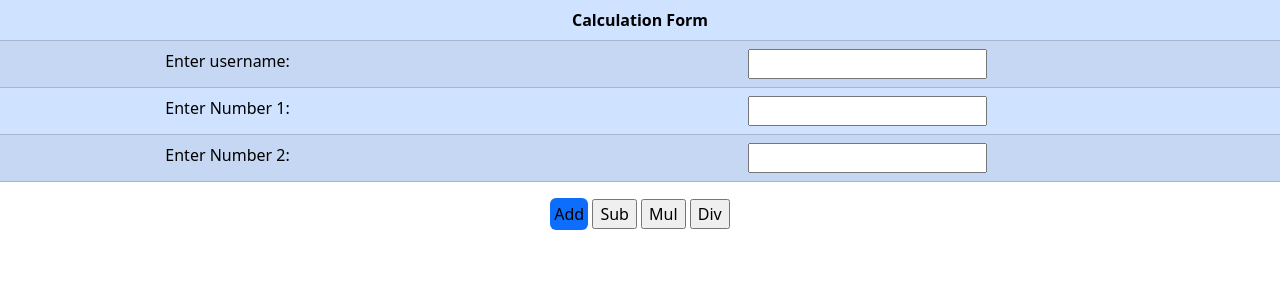
Repository: nyeinsu4520/coursera-test
Page: http://localhost/J2P_J2EE/calculation_form.jsp
An editor plug-in stored every save of this project. The page is shown before and after the next save, followed by the edit.
The browser window is 1280 px wide. The pictures show the whole page.
The page is served by Tomcat 9.

Above is the page before, as saved 2024-05-26 12:37:56.

### J2P_J2EE/src/main/webapp/calculation_form.jsp
<%@ page language="java" contentType="text/html; charset=ISO-8859-1"
    pageEncoding="ISO-8859-1"%>
<!DOCTYPE html>
<html>
<head>
<meta charset="ISO-8859-1">
<title>Calculation Form</title>
<link href="https://cdn.jsdelivr.net/npm/bootstrap@5.3.3/dist/css/bootstrap.min.css" rel="stylesheet" integrity="sha384-QWTKZyjpPEjISv5WaRU9OFeRpok6YctnYmDr5pNlyT2bRjXh0JMhjY6hW+ALEwIH" crossorigin="anonymous">
<script src="https://cdn.jsdelivr.net/npm/bootstrap@5.3.3/dist/js/bootstrap.bundle.min.js" integrity="sha384-YvpcrYf0tY3lHB60NNkmXc5s9fDVZLESaAA55NDzOxhy9GkcIdslK1eN7N6jIeHz" crossorigin="anonymous"></script>
</head>
<body class="">
	<form action="" method="post">
	<table class="table table-primary table-striped text-center">

  	<thead>
  		<th colspan=2 >Calculation Form</th>
  	</thead>
  	<tbody>
  	<tr >
  		<td>Enter username: </td>
  		<td><input type="text" name="uname"></td>
  	</tr>
  	<tr>
  		<td>Enter Number 1: </td>
  		<td><input type="text" name="num1"></td>
  	</tr>
  	<tr>
  		<td>Enter Number 2: </td>
  		<td><input type="text" name="num2"></td>
  	</tr>
  	</tbody>
	</table>
	<div class="text-center">
	<input class="bg-primary p-1 border-0 rounded" type="submit" value="Add">
	<input type="submit" value="Sub">
	<input type="submit" value="Mul">
	<input type="submit" value="Div">
	</div>
	</form>
</body>
</html>

After the next save:
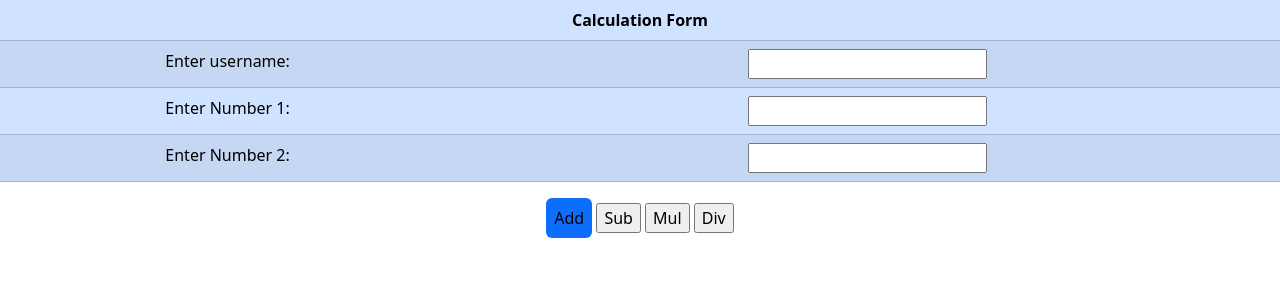
Saved 8 s later.
--- a/J2P_J2EE/src/main/webapp/calculation_form.jsp
+++ b/J2P_J2EE/src/main/webapp/calculation_form.jsp
@@ -31,7 +31,7 @@
   	</tbody>
 	</table>
 	<div class="text-center">
-	<input class="bg-primary p-1 border-0 rounded" type="submit" value="Add">
+	<input class="bg-primary p-2 border-0 rounded" type="submit" value="Add">
 	<input type="submit" value="Sub">
 	<input type="submit" value="Mul">
 	<input type="submit" value="Div">
